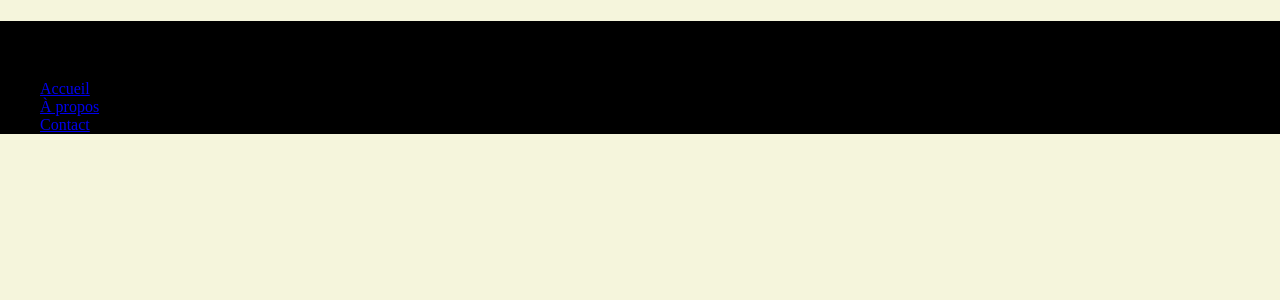
Repository: prestige225/prestige_services_et_finances
Page: PPL.HTML
An editor plug-in stored every save of this project. The page is shown before and after the next save, followed by the edit.
The browser window is 1280 px wide. The pictures show the whole page.

Above is the page before, as saved 2025-06-01 18:16:33.

After the next save:
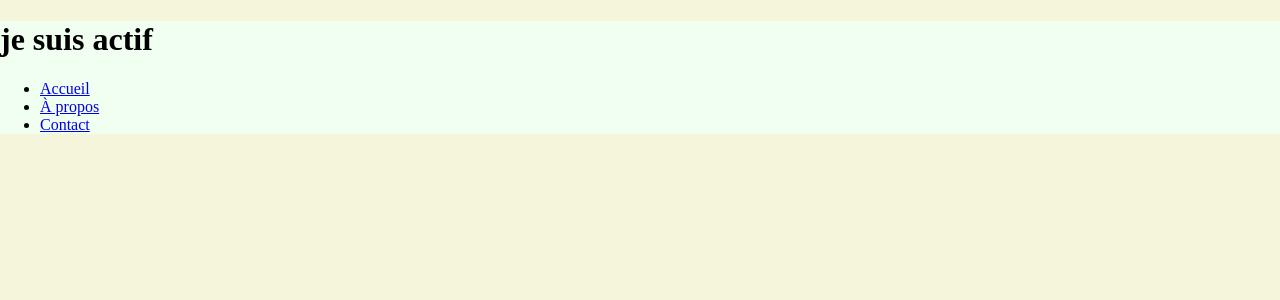
Saved 96 s later.
--- a/PPL.HTML
+++ b/PPL.HTML
@@ -13,7 +13,7 @@
         padding: 0%;
     }
     header {
-        background-color: black;
+        background-color: rgb(240, 255, 240);
     }
 </style>
 <body>
